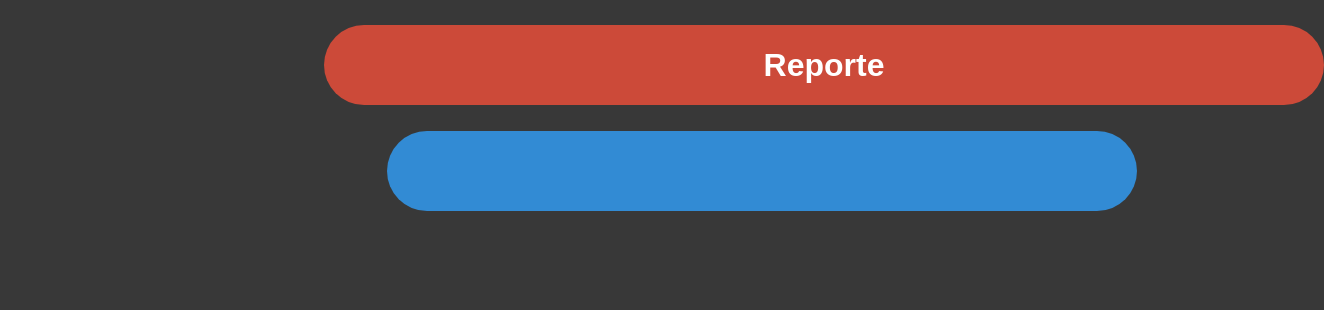
Repository: nathanvdev/LFP_PR_202001568
Page: plantilla.html
The author's editor kept a copy of each file at every save. The page is drawn from the files as they stood at one save, then again after the next save.
The browser window is 1280 px wide. The page is 1324 px wide, so the pictures cover 1324 px, including what lies to the right of the window. The pictures show the whole page.

Above is the page before, as saved 2022-02-19 18:48:31.

After the next save:
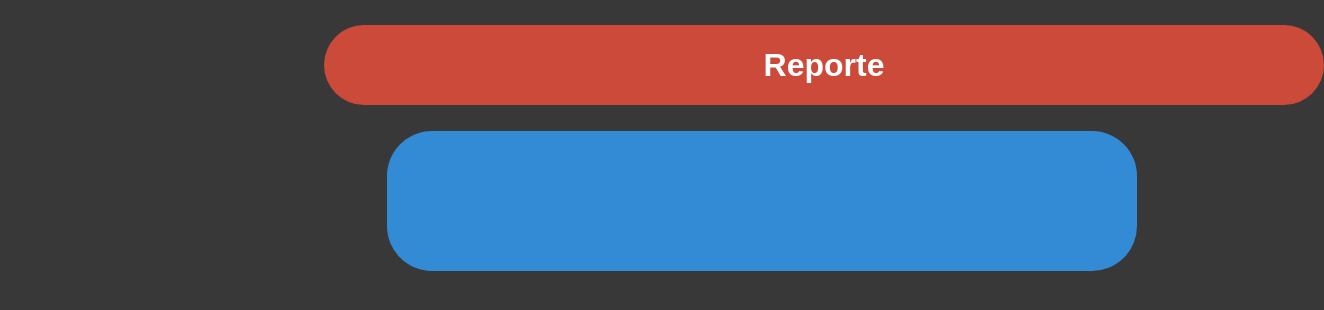
Saved 7 s later.
--- a/plantilla.html
+++ b/plantilla.html
@@ -25,7 +25,7 @@
     }
     .PersonalInfo{
         background-color: rgb(50, 139, 212);
-        height: 80px;
+        height: 140px;
         width: 750px;
         margin: 2%;
         margin-left: 30%;
